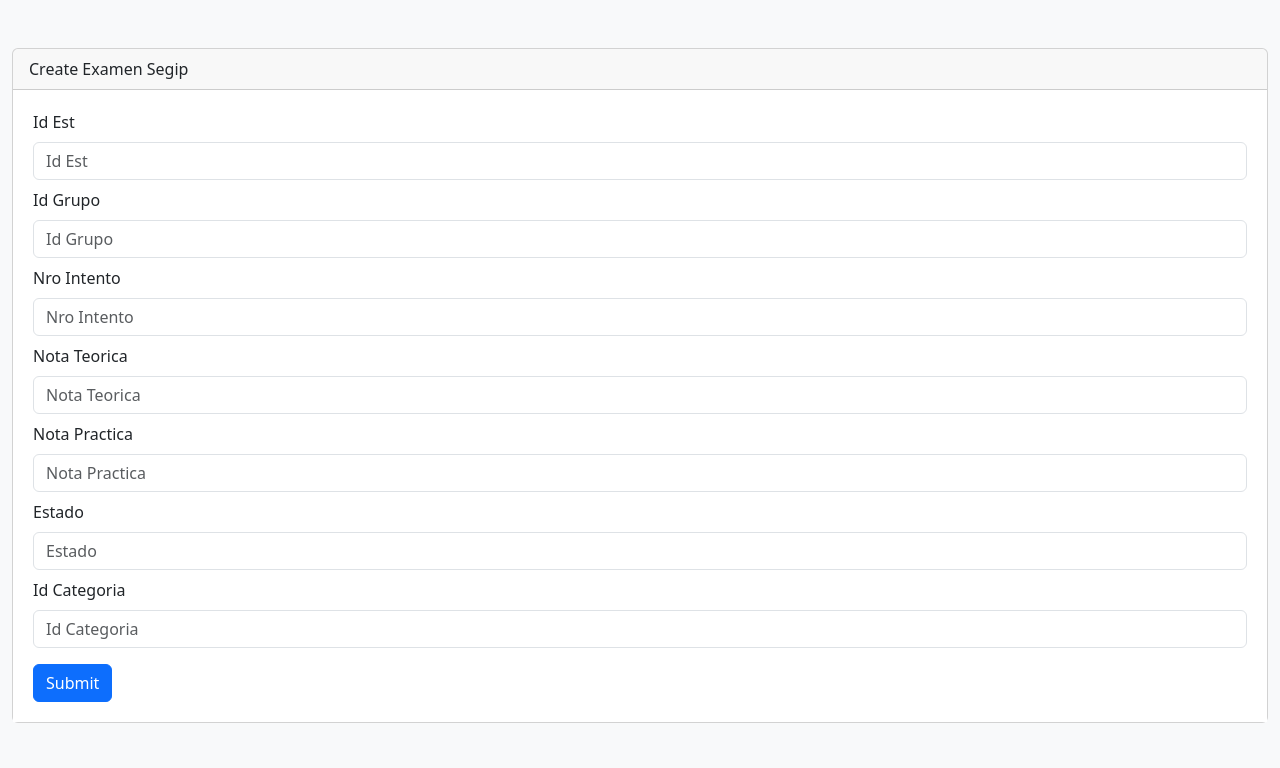
Repository: iAngie28/autoescuela-unido
Page: http://localhost/examen-segips/create
These files come from the project's save history. The page is drawn as it stood at one moment and after the next save; the edit follows.
The browser window is 1280 px wide. The pictures show the whole page.
The page is served by the project's Laravel application, run on PHP 8.4 with Laravel 12. Other server files are loaded and not shown. Queries for data that is not in the repository find no rows.

Above is the page before, as saved 2025-05-07 04:15:16.

### app/Listeners/LogSuccessfulLogout.php
<?php

namespace App\Listeners;

use App\Models\Bitacora;
use Illuminate\Auth\Events\Logout;
use Illuminate\Contracts\Queue\ShouldQueue;
use Illuminate\Queue\InteractsWithQueue;

class LogSuccessfulLogout
{
    public function handle(Logout $event)
    {

        $lastEntry = Bitacora::where('id_user', $event->user->id)
        ->whereNull('fecha_salida')
        ->latest()
        ->first();

        if ($lastEntry) {
        $lastEntry->update([
            'fecha_salida' => now(),
            'accion' => $lastEntry->actions . "\nCierre de sesión"
        ]);
    }
    }
}

### app/Listeners/LogSuccessfulLogin.php
<?php

namespace App\Listeners;

use App\Models\Bitacora;
use Illuminate\Auth\Events\Login;
use Illuminate\Support\Facades\Log;
use Illuminate\Contracts\Queue\ShouldQueue;
use Illuminate\Queue\InteractsWithQueue;

class LogSuccessfulLogin
{
    public function handle(Login $event)
    {
        Log::info('Listener de Login ejecutado');
        Bitacora::create([
            'id_user' => $event->user->id,
            'direccion_ip' => request()->ip(),
            'fecha_entrada' => now(),
            'accion' => 'inicio de sesion'
        ]);
    }
}

### routes/web.php
<?php

use Illuminate\Support\Facades\Route;
use App\Http\Controllers\AdministradorController;
use App\Http\Controllers\EstudianteController;
use App\Http\Controllers\ExamenCategoriaAspiraController;
use App\Http\Controllers\ExamenSegipController;
use App\Http\Controllers\GrupoExamanController;
use App\Http\Controllers\InstructorController;
use App\Http\Controllers\NotificacioneController;
use App\Http\Controllers\PagoController;
use App\Http\Controllers\PaqueteController;
use App\Http\Controllers\RolController;
use App\Http\Controllers\TipoVehiculoController;
use App\Http\Controllers\UserController;
use App\Http\Controllers\UsuarioController;
use App\Http\Controllers\VehiculoController;

Route::view('/', 'welcome');

Route::view('dashboard', 'dashboard')
    ->middleware(['auth', 'verified'])
    ->name('dashboard');

Route::view('profile', 'profile')
    ->middleware(['auth'])
    ->name('profile');

require __DIR__.'/auth.php';
//angie
Route::resource('rols', \App\Http\Controllers\RolController::class); // Sin middleware
Route::resource('notificaciones', NotificacioneController::class);
Route::resource('users', UserController::class);
Route::resource('administradors', AdministradorController::class);
Route::resource('estudiantes', EstudianteController::class);
Route::resource('instructors', InstructorController::class);
Route::resource('pagos', PagoController::class);
Route::resource('tipo-vehiculos', TipoVehiculoController::class);
Route::resource('vehiculos', VehiculoController::class);
Route::resource('examen-categoria-aspiras', ExamenCategoriaAspiraController::class);
Route::resource('paquetes', PaqueteController::class);
Route::resource('grupo-examen', GrupoExamanController::class);
Route::resource('examen-segips', ExamenSegipController::class);

### app/Http/Controllers/ExamenSegipController.php
<?php

namespace App\Http\Controllers;

use App\Models\ExamenSegip;
use Illuminate\Http\RedirectResponse;
use Illuminate\Http\Request;
use App\Http\Requests\ExamenSegipRequest;
use App\Models\ExamenCategoriaAspira;
use App\Models\GrupoExaman;
use Illuminate\Support\Facades\Redirect;
use App\Models\User;
use Illuminate\View\View;

class ExamenSegipController extends Controller
{
    /**
     * Display a listing of the resource.
     */
    public function index(Request $request): View
    {
        $examenSegips = ExamenSegip::paginate();
        return view('examen-segip.index', compact('examenSegips'))
            ->with('i', ($request->input('page', 1) - 1) * $examenSegips->perPage());
    }

    /**
     * Show the form for creating a new resource.
     */
    public function create(): View
    {
        $examenSegip = new ExamenSegip();
        $usuariosEstudiantes = User::where('id_rol', 2)->get();
        $grupos = GrupoExaman::all();
        $categorias = ExamenCategoriaAspira::all();
        return view('examen-segip.create', compact('examenSegip', 'usuariosEstudiantes', 'grupos', 'categorias'));
    }

    /**
     * Store a newly created resource in storage.
     */
    public function store(ExamenSegipRequest $request): RedirectResponse
    {
        ExamenSegip::create($request->validated());

        return Redirect::route('examen-segips.index')
            ->with('success', 'ExamenSegip created successfully.');
    }

    /**
     * Display the specified resource.
     */
    public function show($id): View
    {
        $examenSegip = ExamenSegip::find($id);

        return view('examen-segip.show', compact('examenSegip'));
    }

    /**
     * Show the form for editing the specified resource.
     */
    public function edit($id): View
    {
        $examenSegip = ExamenSegip::find($id);
        $usuariosEstudiantes = User::where('id_rol', 2)->get();
        $grupos = GrupoExaman::all();
        $categorias = ExamenCategoriaAspira::all();
        return view('examen-segip.edit', compact('examenSegip', 'usuariosEstudiantes', 'grupos', 'categorias'));
    }

    /**
     * Update the specified resource in storage.
     */
    public function update(ExamenSegipRequest $request, ExamenSegip $examenSegip): RedirectResponse
    {
        $examenSegip->update($request->validated());

        return Redirect::route('examen-segips.index')
            ->with('success', 'ExamenSegip updated successfully');
    }

    public function destroy($id): RedirectResponse
    {
        ExamenSegip::find($id)->delete();

        return Redirect::route('examen-segips.index')
            ->with('success', 'ExamenSegip deleted successfully');
    }
}

### app/Models/ExamenSegip.php
<?php

namespace App\Models;

use Illuminate\Database\Eloquent\Model;

/**
 * Class ExamenSegip
 *
 * @property $id_est
 * @property $id_grupo
 * @property $nro_intento
 * @property $nota_Teorica
 * @property $nota_Practica
 * @property $estado
 * @property $id_categoria
 * @property $created_at
 * @property $updated_at
 *
 * @property ExamenCategoriaAspira $examenCategoriaAspira
 * @property Estudiante $estudiante
 * @property GrupoExaman $grupoExaman
 * @package App
 * @mixin \Illuminate\Database\Eloquent\Builder
 */
class ExamenSegip extends Model
{

    protected $perPage = 20;

    /**
     * The attributes that are mass assignable.
     *
     * @var array<int, string>
     */
    protected $table = 'examen_segip';
    protected $fillable = ['id_est', 'id_grupo', 'nro_intento', 'nota_Teorica', 'nota_Practica', 'estado', 'id_categoria'];


    /**
     * @return \Illuminate\Database\Eloquent\Relations\BelongsTo
     */
    public function examenCategoriaAspira()
    {
        return $this->belongsTo(\App\Models\ExamenCategoriaAspira::class, 'id_categoria', 'id');
    }

    /**
     * @return \Illuminate\Database\Eloquent\Relations\BelongsTo
     */
    public function estudiante()
    {
        return $this->belongsTo(\App\Models\Estudiante::class, 'id_est', 'id');
    }

    /**
     * @return \Illuminate\Database\Eloquent\Relations\BelongsTo
     */
    public function grupoExaman()
    {
        return $this->belongsTo(\App\Models\GrupoExaman::class, 'id_grupo', 'id');
    }

}

### app/Models/User.php
<?php

namespace App\Models;

// use Illuminate\Contracts\Auth\MustVerifyEmail;
use Illuminate\Database\Eloquent\Factories\HasFactory;
use Illuminate\Foundation\Auth\User as Authenticatable;
use Illuminate\Notifications\Notifiable;

class User extends Authenticatable
{
    /** @use HasFactory<\Database\Factories\UserFactory> */
    use HasFactory, Notifiable;

    /**
     * The attributes that are mass assignable.
     *
     * @var list<string>
     */
    protected $fillable = [
        'name',
        'username',
        'email',
        'password',
        'sexo',
        'telefono',
        'direccion',
        'fecha_registro',
        'ci',
        'password',
        'tipo_usuario',
        'id_rol',
    ];

    /**
     * The attributes that should be hidden for serialization.
     *
     * @var list<string>
     */
    protected $hidden = [
        'password',
        'remember_token',
    ];

    /**
     * Get the attributes that should be cast.
     *
     * @return array<string, string>
     */
    protected function casts(): array
    {
        return [
            'email_verified_at' => 'datetime',
            'password' => 'hashed',
        ];
    }
    public function rol()
    {
        return $this->belongsTo(\App\Models\Rol::class, 'id_rol', 'id');
    }

    /**
     * @return \Illuminate\Database\Eloquent\Relations\HasOne
     */
    public function administrador()
    {
        return $this->hasOne(\App\Models\Administrador::class, 'id');
    }

    /**
     * @return \Illuminate\Database\Eloquent\Relations\HasOne
     */
    public function estudiante()
    {
        return $this->hasOne(\App\Models\Estudiante::class, 'id');
    }

    /**
     * @return \Illuminate\Database\Eloquent\Relations\HasOne
     */
    public function instructor()
    {
        return $this->hasOne(\App\Models\Instructor::class, 'id');
    }

    /**
     * @return \Illuminate\Database\Eloquent\Relations\HasMany
     */
    public function notiEnviadas()
    {
        return $this->hasMany(\App\Models\NotiEnviada::class, 'id', 'id_user');
    }

    /**
     * @return \Illuminate\Database\Eloquent\Relations\HasMany
     */
    public function pagosAdministrador()
    {
        return $this->hasMany(\App\Models\Pago::class, 'id', 'id');
    }

    /**
     * @return \Illuminate\Database\Eloquent\Relations\HasMany
     */
    public function pagosEstudiante()
    {
        return $this->hasMany(\App\Models\Pago::class, 'id', 'id_est');
    }
    protected static function booted()
    {
        // Crear perfil con valores por defecto al crear usuario
        static::created(function ($usuario) {
            if ($usuario->id_rol  == 1){
                $usuario->administrador()->create([
                    'id' => $usuario->id,
                    'turno' => 'mañana'
                ]);
            }
            if ($usuario->id_rol  == 2){
                $usuario->estudiante()->create([
                    'id' => $usuario->id,
                    'fecha_nacimiento' => now()
                ]);
            }
            if ($usuario->id_rol  == 3){
                $usuario->instructor()->create([
                    'id' => $usuario->id,
                    'categ_licencia' => 'A'
                ]);
            }
        });

        // Eliminar perfil al borrar usuario (opcional si ya tienes onDelete('cascade'))
        static::deleting(function ($usuario) {
            $usuario->administrador?->delete();
            $usuario->estudiante?->delete();
            $usuario->instructor?->delete();
        });
    }
}

### app/Models/GrupoExaman.php
<?php

namespace App\Models;

use Illuminate\Database\Eloquent\Model;

/**
 * Class GrupoExaman
 *
 * @property $id
 * @property $estado
 * @property $fecha_inicio
 * @property $fecha_fin
 * @property $capacidad
 * @property $fecha_hora
 * @property $created_at
 * @property $updated_at
 *
 * @property ExamenSegip[] $examenSegips
 * @package App
 * @mixin \Illuminate\Database\Eloquent\Builder
 */
class GrupoExaman extends Model
{

    protected $perPage = 20;

    /**
     * The attributes that are mass assignable.
     *
     * @var array<int, string>
     */
    protected $fillable = ['estado', 'fecha_inicio', 'fecha_fin', 'capacidad', 'fecha_hora'];


    /**
     * @return \Illuminate\Database\Eloquent\Relations\HasMany
     */
    public function examenSegips()
    {
        return $this->hasMany(\App\Models\ExamenSegip::class, 'id', 'id_grupo');
    }

}

### app/Models/ExamenCategoriaAspira.php
<?php

namespace App\Models;

use Illuminate\Database\Eloquent\Model;

/**
 * Class ExamenCategoriaAspira
 *
 * @property $id
 * @property $nombre
 * @property $costo
 * @property $nota_min_pract
 * @property $nota_min_teorica
 * @property $created_at
 * @property $updated_at
 *
 * @property ExamenSegip[] $examenSegips
 * @property Inscribe[] $inscribes
 * @package App
 * @mixin \Illuminate\Database\Eloquent\Builder
 */
class ExamenCategoriaAspira extends Model
{

    protected $perPage = 20;

    /**
     * The attributes that are mass assignable.
     *
     * @var array<int, string>
     */
    protected $table = 'examen_categoria_aspira';
    protected $fillable = ['nombre', 'costo', 'nota_min_pract', 'nota_min_teorica'];


    /**
     * @return \Illuminate\Database\Eloquent\Relations\HasMany
     */
    public function examenSegips()
    {
        return $this->hasMany(\App\Models\ExamenSegip::class, 'id', 'id_categoria');
    }

    /**
     * @return \Illuminate\Database\Eloquent\Relations\HasMany
     */
    public function inscribes()
    {
        return $this->hasMany(\App\Models\Inscribe::class, 'id', 'id_categoria');
    }

}

### resources/views/examen-segip/create.blade.php
@extends('layouts.guest-bootstrap')
    @section('content')
    <div class="container-fluid mt-5">
        <div class="row">
            <div class="col-md-12">

                <div class="card card-default">
                    <div class="card-header">
                        <span class="card-title">{{ __('Create') }} Examen Segip</span>
                    </div>
                    <div class="card-body bg-white">
                        <form method="POST" action="{{ route('examen-segips.store') }}"  role="form" enctype="multipart/form-data">
                            @csrf

                            @include('examen-segip.form')

                        </form>
                    </div>
                </div>
            </div>
        </div>
    </section>
@endsection

### resources/views/examen-segip/form.blade.php
<div class="row padding-1 p-1">
    <div class="col-md-12">

        <div class="form-group mb-2 mb20">
            <label for="id_est" class="form-label">{{ __('Id Est') }}</label>
            <input type="text" name="id_est" class="form-control @error('id_est') is-invalid @enderror" value="{{ old('id_est', $examenSegip?->id_est) }}" id="id_est" placeholder="Id Est">
            {!! $errors->first('id_est', '<div class="invalid-feedback" role="alert"><strong>:message</strong></div>') !!}
        </div>
        <div class="form-group mb-2 mb20">
            <label for="id_grupo" class="form-label">{{ __('Id Grupo') }}</label>
            <input type="text" name="id_grupo" class="form-control @error('id_grupo') is-invalid @enderror" value="{{ old('id_grupo', $examenSegip?->id_grupo) }}" id="id_grupo" placeholder="Id Grupo">
            {!! $errors->first('id_grupo', '<div class="invalid-feedback" role="alert"><strong>:message</strong></div>') !!}
        </div>
        <div class="form-group mb-2 mb20">
            <label for="nro_intento" class="form-label">{{ __('Nro Intento') }}</label>
            <input type="text" name="nro_intento" class="form-control @error('nro_intento') is-invalid @enderror" value="{{ old('nro_intento', $examenSegip?->nro_intento) }}" id="nro_intento" placeholder="Nro Intento">
            {!! $errors->first('nro_intento', '<div class="invalid-feedback" role="alert"><strong>:message</strong></div>') !!}
        </div>
        <div class="form-group mb-2 mb20">
            <label for="nota__teorica" class="form-label">{{ __('Nota Teorica') }}</label>
            <input type="text" name="nota_Teorica" class="form-control @error('nota_Teorica') is-invalid @enderror" value="{{ old('nota_Teorica', $examenSegip?->nota_Teorica) }}" id="nota__teorica" placeholder="Nota Teorica">
            {!! $errors->first('nota_Teorica', '<div class="invalid-feedback" role="alert"><strong>:message</strong></div>') !!}
        </div>
        <div class="form-group mb-2 mb20">
            <label for="nota__practica" class="form-label">{{ __('Nota Practica') }}</label>
            <input type="text" name="nota_Practica" class="form-control @error('nota_Practica') is-invalid @enderror" value="{{ old('nota_Practica', $examenSegip?->nota_Practica) }}" id="nota__practica" placeholder="Nota Practica">
            {!! $errors->first('nota_Practica', '<div class="invalid-feedback" role="alert"><strong>:message</strong></div>') !!}
        </div>
        <div class="form-group mb-2 mb20">
            <label for="estado" class="form-label">{{ __('Estado') }}</label>
            <input type="text" name="estado" class="form-control @error('estado') is-invalid @enderror" value="{{ old('estado', $examenSegip?->estado) }}" id="estado" placeholder="Estado">
            {!! $errors->first('estado', '<div class="invalid-feedback" role="alert"><strong>:message</strong></div>') !!}
        </div>
        <div class="form-group mb-2 mb20">
            <label for="id_categoria" class="form-label">{{ __('Id Categoria') }}</label>
            <input type="text" name="id_categoria" class="form-control @error('id_categoria') is-invalid @enderror" value="{{ old('id_categoria', $examenSegip?->id_categoria) }}" id="id_categoria" placeholder="Id Categoria">
            {!! $errors->first('id_categoria', '<div class="invalid-feedback" role="alert"><strong>:message</strong></div>') !!}
        </div>

    </div>
    <div class="col-md-12 mt20 mt-2">
        <button type="submit" class="btn btn-primary">{{ __('Submit') }}</button>
    </div>
</div>

### resources/views/layouts/guest-bootstrap.blade.php
<!DOCTYPE html>
<html lang="{{ str_replace('_', '-', app()->getLocale()) }}">
<head>
  <meta charset="utf-8">
  <meta name="viewport" content="width=device-width, initial-scale=1">
  <meta name="csrf-token" content="{{ csrf_token() }}">

  <title>{{ config('app.name', 'Laravel') }}</title>

  {{-- Bootstrap CSS --}}
  <link href="https://cdn.jsdelivr.net/npm/bootstrap@5.3.0/dist/css/bootstrap.min.css" rel="stylesheet">
  {{-- Opcional: Font‑Awesome --}}
  <link href="https://cdnjs.cloudflare.com/ajax/libs/font-awesome/6.4.0/css/all.min.css" rel="stylesheet">
</head>
<body class="bg-light">

  {{-- Aquí se inyecta todo el contenido de la vista hija --}}
  <div class="min-vh-100">
    @yield('content')
  </div>

  {{-- Bootstrap JS --}}
  <script src="https://cdn.jsdelivr.net/npm/bootstrap@5.3.0/dist/js/bootstrap.bundle.min.js"></script>
</body>
</html>

Loaded but not shown: routes/auth.php (common file); app/Http/Controllers/Auth/VerifyEmailController.php (common file); app/Http/Controllers/Controller.php (common file)

After the next save:
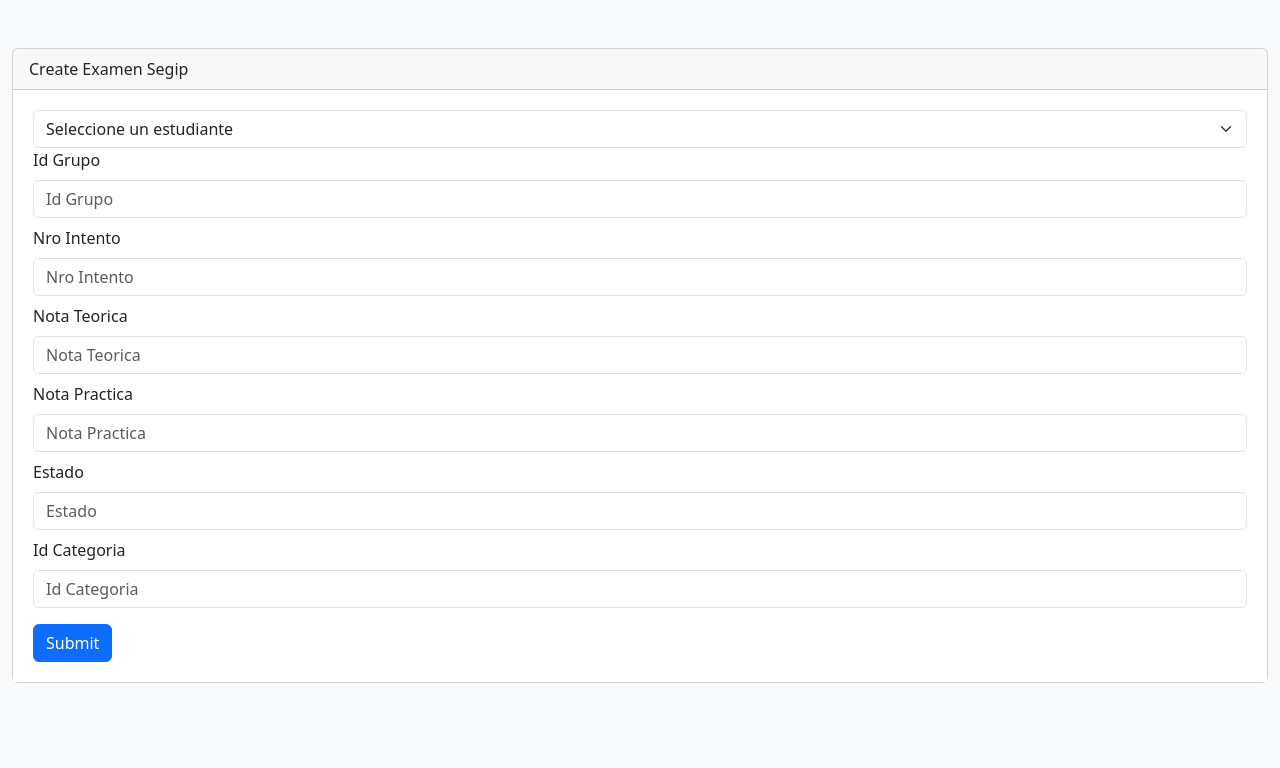
Saved 78 s later.
--- a/resources/views/examen-segip/form.blade.php
+++ b/resources/views/examen-segip/form.blade.php
@@ -1,11 +1,14 @@
 <div class="row padding-1 p-1">
     <div class="col-md-12">
 
-        <div class="form-group mb-2 mb20">
-            <label for="id_est" class="form-label">{{ __('Id Est') }}</label>
-            <input type="text" name="id_est" class="form-control @error('id_est') is-invalid @enderror" value="{{ old('id_est', $examenSegip?->id_est) }}" id="id_est" placeholder="Id Est">
-            {!! $errors->first('id_est', '<div class="invalid-feedback" role="alert"><strong>:message</strong></div>') !!}
-        </div>
+        <select name="id_est" id="id_est" class="form-select @error('id_est') is-invalid @enderror">
+            <option value="">Seleccione un estudiante</option>
+            @foreach ($usuariosEstudiantes as $usuario)
+                <option value="{{ $usuario->estudiante->id }}" {{ old('id_est', $pago->id_est ?? '') == $usuario->estudiante->id ? 'selected' : '' }}>
+                    {{ $usuario->name }}
+                </option>
+            @endforeach
+        </select>
         <div class="form-group mb-2 mb20">
             <label for="id_grupo" class="form-label">{{ __('Id Grupo') }}</label>
             <input type="text" name="id_grupo" class="form-control @error('id_grupo') is-invalid @enderror" value="{{ old('id_grupo', $examenSegip?->id_grupo) }}" id="id_grupo" placeholder="Id Grupo">
